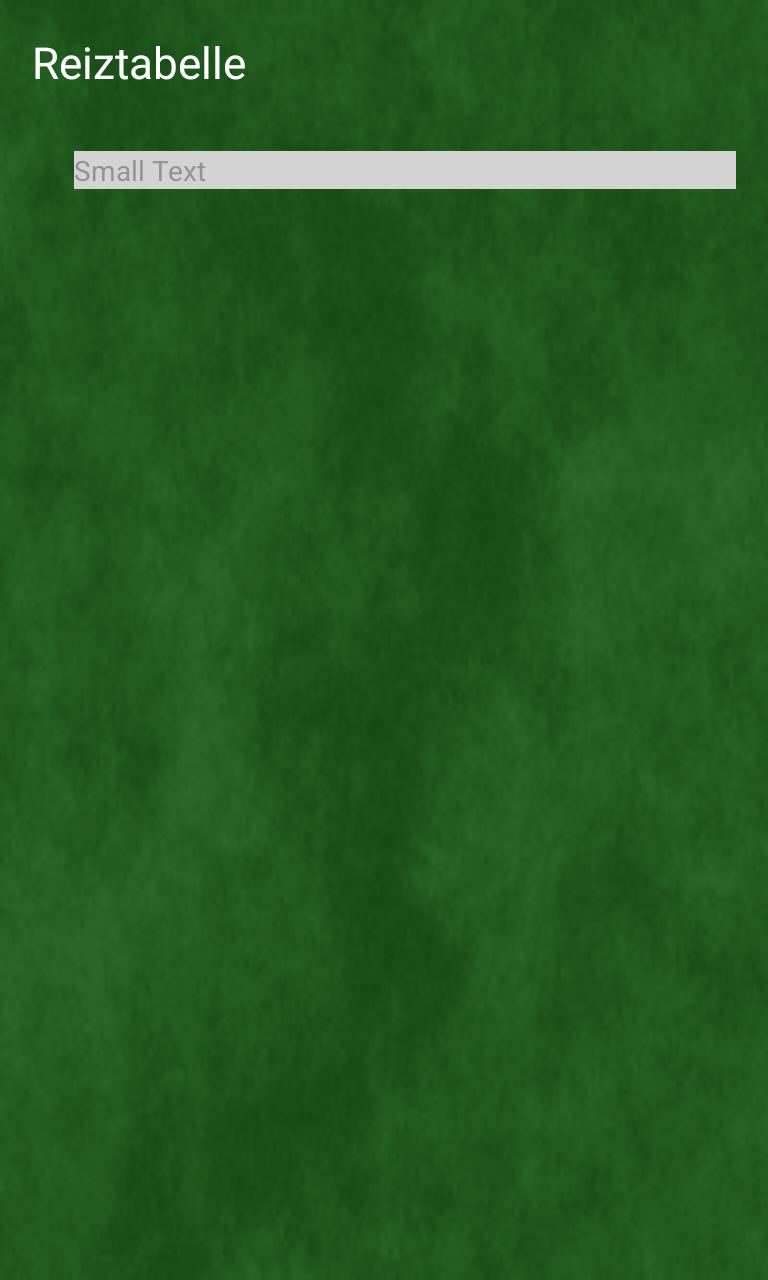
Repository: razinanu/InSy-Skat
Layout: InSy-Skat/res/layout/fragment_result.xml
An editor plug-in stored every save of this project. The layout is shown before and after the next save, followed by the edit.
It is drawn on a 768 x 1280 px phone screen (xhdpi) without system bars, with theme AppTheme; the app's code is not run.

Above is the layout before, as saved 2014-06-19 18:00:11.

After the next save:
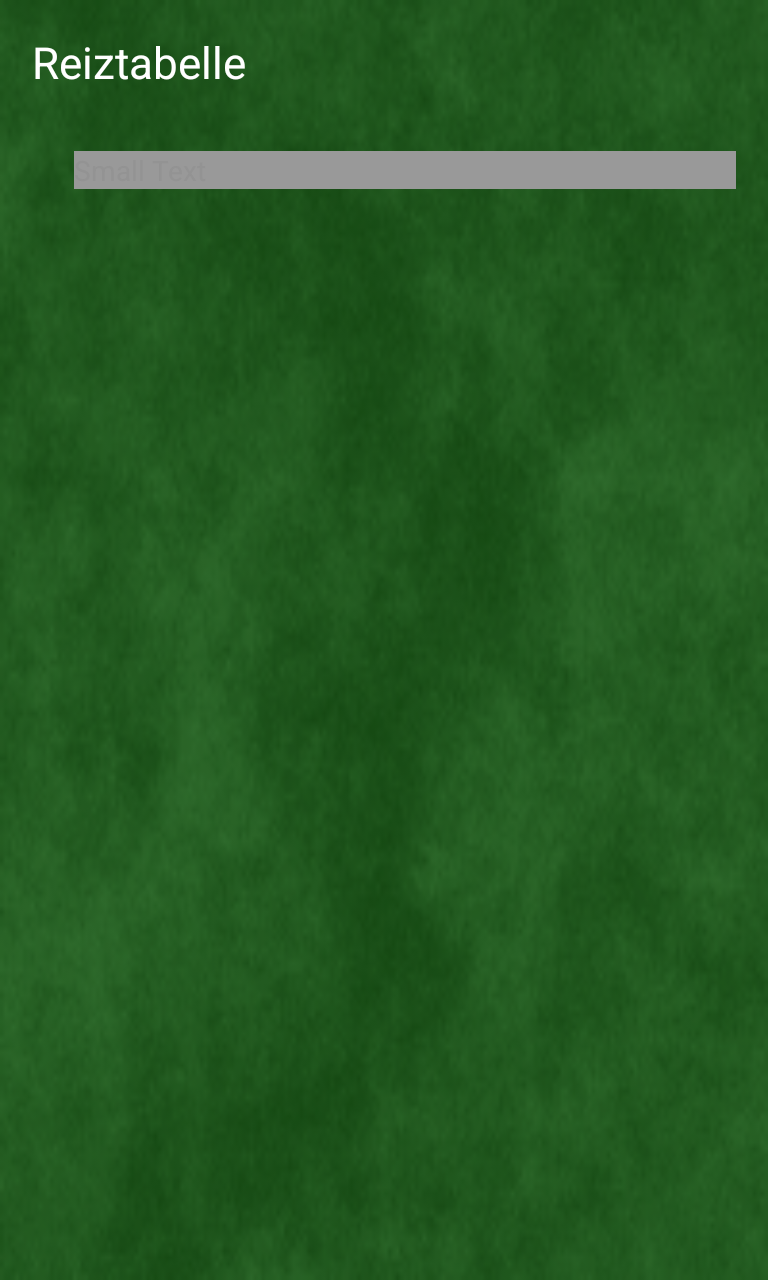
Saved 7 min 13 s later.
--- a/InSy-Skat/res/values/color.xml
+++ b/InSy-Skat/res/values/color.xml
@@ -3,5 +3,5 @@
 <color name="textAvailable">#000000</color>
 <color name="textnotAvailable">#939393</color>
 <color name="backgroundAvailable">#FFFFFF</color>
-<color name="backgroundnotAvailable">#D3D3D3</color>
+<color name="backgroundnotAvailable">#999999</color>
 </resources>
